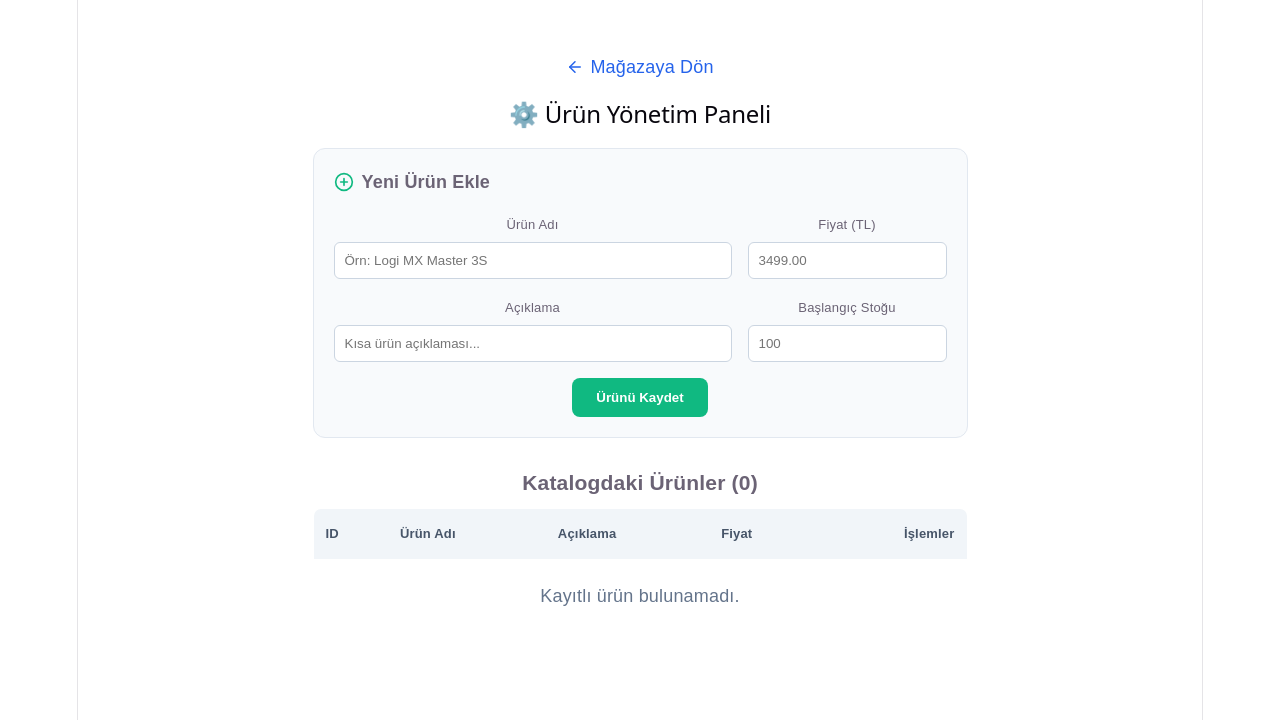
Repository: emir1958/EticaretMicroservice
Page: /admin/products (app in src/Clients/ecommerce-ui/)
An editor plug-in stored every save of this project. The page is shown before and after the next save, followed by the edit.
The browser window is 1280 px wide. The pictures show the whole page.
The page's requests for data from a server got no answer. The project was rebuilt for these pictures with package versions that can differ from the ones it lists, and the page was loaded fresh each time. No one was signed in, and anything a server would have sent is missing. Also part of the build but not shown: src/Clients/ecommerce-ui/vite.config.js, src/Clients/ecommerce-ui/src/pages/ProductList.jsx, src/Clients/ecommerce-ui/src/hooks/useOrderHub.js, src/Clients/ecommerce-ui/src/pages/Checkout.jsx, src/Clients/ecommerce-ui/src/pages/Auth.jsx, src/Clients/ecommerce-ui/src/components/ProtectedRoute.jsx.

Above is the page before, as saved 2026-09-15 10:26:18.

### src/Clients/ecommerce-ui/index.html
<!doctype html>
<html lang="en">
  <head>
    <meta charset="UTF-8" />
    <link rel="icon" type="image/svg+xml" href="/favicon.svg" />
    <meta name="viewport" content="width=device-width, initial-scale=1.0" />
    <title>ecommerce-ui</title>
  </head>
  <body>
    <div id="root"></div>
    <script type="module" src="/src/main.jsx"></script>
  </body>
</html>

### src/Clients/ecommerce-ui/src/index.css
:root {
  --text: #6b6375;
  --text-h: #08060d;
  --bg: #fff;
  --border: #e5e4e7;
  --code-bg: #f4f3ec;
  --accent: #aa3bff;
  --accent-bg: rgba(170, 59, 255, 0.1);
  --accent-border: rgba(170, 59, 255, 0.5);
  --social-bg: rgba(244, 243, 236, 0.5);
  --shadow:
    rgba(0, 0, 0, 0.1) 0 10px 15px -3px, rgba(0, 0, 0, 0.05) 0 4px 6px -2px;

  --sans: system-ui, 'Segoe UI', Roboto, sans-serif;
  --heading: system-ui, 'Segoe UI', Roboto, sans-serif;
  --mono: ui-monospace, Consolas, monospace;

  font: 18px/145% var(--sans);
  letter-spacing: 0.18px;
  color-scheme: light dark;
  color: var(--text);
  background: var(--bg);
  font-synthesis: none;
  text-rendering: optimizeLegibility;
  -webkit-font-smoothing: antialiased;
  -moz-osx-font-smoothing: grayscale;

  @media (max-width: 1024px) {
    font-size: 16px;
  }
}

@media (prefers-color-scheme: dark) {
  :root {
    --text: #9ca3af;
    --text-h: #f3f4f6;
    --bg: #16171d;
    --border: #2e303a;
    --code-bg: #1f2028;
    --accent: #c084fc;
    --accent-bg: rgba(192, 132, 252, 0.15);
    --accent-border: rgba(192, 132, 252, 0.5);
    --social-bg: rgba(47, 48, 58, 0.5);
    --shadow:
      rgba(0, 0, 0, 0.4) 0 10px 15px -3px, rgba(0, 0, 0, 0.25) 0 4px 6px -2px;
  }

  #social .button-icon {
    filter: invert(1) brightness(2);
  }
}

body {
  margin: 0;
}

#root {
  width: 1126px;
  max-width: 100%;
  margin: 0 auto;
  text-align: center;
  border-inline: 1px solid var(--border);
  min-height: 100svh;
  display: flex;
  flex-direction: column;
  box-sizing: border-box;
}

h1,
h2 {
  font-family: var(--heading);
  font-weight: 500;
  color: var(--text-h);
}

h1 {
  font-size: 56px;
  letter-spacing: -1.68px;
  margin: 32px 0;
  @media (max-width: 1024px) {
    font-size: 36px;
    margin: 20px 0;
  }
}
h2 {
  font-size: 24px;
  line-height: 118%;
  letter-spacing: -0.24px;
  margin: 0 0 8px;
  @media (max-width: 1024px) {
    font-size: 20px;
  }
}
p {
  margin: 0;
}

code,
.counter {
  font-family: var(--mono);
  display: inline-flex;
  border-radius: 4px;
  color: var(--text-h);
}

code {
  font-size: 15px;
  line-height: 135%;
  padding: 4px 8px;
  background: var(--code-bg);
}

### src/Clients/ecommerce-ui/src/App.jsx
import React from "react";
import { BrowserRouter, Routes, Route } from "react-router-dom";
import { AuthProvider } from "./context/AuthContext";
import { CartProvider } from "./context/CartContext";
import ProductList from "./pages/ProductList";
import Checkout from "./pages/Checkout";
import Auth from "./pages/Auth";
import AdminProduct from "./pages/AdminProduct";
import ProtectedRoute from "./components/ProtectedRoute";

export default function App() {
  return (
    <AuthProvider>
      <CartProvider>
        <BrowserRouter>
          <Routes>
            <Route path="/" element={<ProductList />} />
            <Route path="/auth" element={<Auth />} />
            <Route path="/admin/products" element={<AdminProduct />} />{" "}
            {/* 👈 Eklendi */}
            <Route
              path="/checkout"
              element={
                <ProtectedRoute>
                  <Checkout />
                </ProtectedRoute>
              }
            />
          </Routes>
        </BrowserRouter>
      </CartProvider>
    </AuthProvider>
  );
}

### src/Clients/ecommerce-ui/src/context/CartContext.jsx
import React, { createContext, useContext, useState, useEffect } from "react";

const CartContext = createContext();

export const CartProvider = ({ children }) => {
  const [cart, setCart] = useState(() => {
    const savedCart = localStorage.getItem("ecommerce_cart");
    return savedCart ? JSON.parse(savedCart) : [];
  });

  useEffect(() => {
    localStorage.setItem("ecommerce_cart", JSON.stringify(cart));
  }, [cart]);

  const addToCart = (product) => {
    setCart((prev) => {
      const existing = prev.find((item) => item.id === product.id);
      if (existing) {
        return prev.map((item) =>
          item.id === product.id
            ? { ...item, quantity: item.quantity + 1 }
            : item,
        );
      }
      return [...prev, { ...product, quantity: 1 }];
    });
  };

  const removeFromCart = (id) => {
    setCart((prev) => prev.filter((item) => item.id !== id));
  };

  const clearCart = () => {
    setCart([]);
  };

  const totalAmount = cart.reduce(
    (sum, item) => sum + item.price * item.quantity,
    0,
  );

  return (
    <CartContext.Provider
      value={{ cart, addToCart, removeFromCart, clearCart, totalAmount }}
    >
      {children}
    </CartContext.Provider>
  );
};

export const useCart = () => useContext(CartContext);

### src/Clients/ecommerce-ui/src/pages/AdminProduct.jsx
import React, { useState, useEffect } from "react";
import api from "../services/api";
import { Link } from "react-router-dom";
import { ArrowLeft, PlusCircle, Edit, Trash2, X, Check } from "lucide-react";

export default function AdminProduct() {
  const [products, setProducts] = useState([]);
  const [loading, setLoading] = useState(false);
  const [message, setMessage] = useState(null);
  const [error, setError] = useState(null);

  // Form State
  const [editingId, setEditingId] = useState(null);
  const [name, setName] = useState("");
  const [description, setDescription] = useState("");
  const [price, setPrice] = useState("");
  const [stock, setStock] = useState("");

  const fetchProducts = async () => {
    try {
      const res = await api.get("/api/Products");
      const list = Array.isArray(res.data) ? res.data : res.data?.data || [];
      setProducts(list);
    } catch (err) {
      console.error("Ürünler getirilemedi:", err);
    }
  };

  useEffect(() => {
    fetchProducts();
  }, []);

  const resetForm = () => {
    setEditingId(null);
    setName("");
    setDescription("");
    setPrice("");
    setStock("");
  };

  const handleEditClick = (p) => {
    setEditingId(p.id);
    setName(p.name);
    setDescription(p.description || "");
    setPrice(p.price);
    setStock(p.stock || 100);
    window.scrollTo({ top: 0, behavior: "smooth" });
  };

  const handleSubmit = async (e) => {
    e.preventDefault();
    setLoading(true);
    setMessage(null);
    setError(null);

    try {
      if (editingId) {
        // Güncelleme (PUT)
        await api.put(`/api/Products/${editingId}`, {
          name: name.trim(),
          description: description.trim(),
          price: parseFloat(price),
        });
        setMessage("Ürün başarıyla güncellendi.");
      } else {
        // Yeni Ekleme (POST)
        await api.post("/api/Products", {
          name: name.trim(),
          description: description.trim(),
          price: parseFloat(price),
          initialStock: parseInt(stock, 10) || 100,
        });
        setMessage("Yeni ürün başarıyla eklendi.");
      }
      resetForm();
      fetchProducts();
    } catch (err) {
      console.error("İşlem hatası:", err);
      setError(err.response?.data?.message || "İşlem gerçekleştirilemedi.");
    } finally {
      setLoading(false);
    }
  };

  const handleDelete = async (id) => {
    if (!window.confirm("Bu ürünü silmek istediğinize emin misiniz?")) return;

    try {
      await api.delete(`/api/Products/${id}`);
      setMessage("Ürün silindi.");
      fetchProducts();
    } catch (err) {
      console.error("Silme hatası:", err);
      setError(
        err.response?.data?.message || "Ürün silinirken bir hata oluştu.",
      );
    }
  };

  return (
    <div
      style={{
        maxWidth: "960px",
        margin: "30px auto",
        padding: "24px",
        fontFamily: "sans-serif",
      }}
    >
      <Link
        to="/"
        style={{
          display: "inline-flex",
          alignItems: "center",
          gap: "6px",
          textDecoration: "none",
          color: "#2563eb",
          marginBottom: "20px",
        }}
      >
        <ArrowLeft size={18} /> Mağazaya Dön
      </Link>

      <h2 style={{ margin: "0 0 20px 0" }}>⚙️ Ürün Yönetim Paneli</h2>

      {message && (
        <div
          style={{
            background: "#dcfce7",
            color: "#15803d",
            padding: "12px",
            borderRadius: "8px",
            marginBottom: "16px",
          }}
        >
          {message}
        </div>
      )}
      {error && (
        <div
          style={{
            background: "#fee2e2",
            color: "#b91c1c",
            padding: "12px",
            borderRadius: "8px",
            marginBottom: "16px",
          }}
        >
          {error}
        </div>
      )}

      {/* Form Alanı (Ekleme & Düzenleme) */}
      <div
        style={{
          background: "#f8fafc",
          border: "1px solid #e2e8f0",
          borderRadius: "12px",
          padding: "20px",
          marginBottom: "32px",
        }}
      >
        <div
          style={{
            display: "flex",
            justifyContent: "space-between",
            alignItems: "center",
            marginBottom: "16px",
          }}
        >
          <h3
            style={{
              margin: 0,
              display: "flex",
              alignItems: "center",
              gap: "8px",
              fontSize: "18px",
            }}
          >
            {editingId ? (
              <Edit size={20} color="#2563eb" />
            ) : (
              <PlusCircle size={20} color="#10b981" />
            )}
            {editingId ? "Ürünü Düzenle" : "Yeni Ürün Ekle"}
          </h3>
          {editingId && (
            <button
              onClick={resetForm}
              style={{
                display: "flex",
                alignItems: "center",
                gap: "4px",
                border: "none",
                background: "transparent",
                color: "#64748b",
                cursor: "pointer",
                fontSize: "13px",
              }}
            >
              <X size={16} /> Düzenlemeyi İptal Et
            </button>
          )}
        </div>

        <form
          onSubmit={handleSubmit}
          style={{
            display: "grid",
            gridTemplateColumns: "2fr 1fr",
            gap: "16px",
          }}
        >
          <div>
            <label
              style={{
                display: "block",
                fontSize: "13px",
                fontWeight: "500",
                marginBottom: "4px",
              }}
            >
              Ürün Adı
            </label>
            <input
              type="text"
              required
              value={name}
              onChange={(e) => setName(e.target.value)}
              placeholder="Örn: Logi MX Master 3S"
              style={{
                width: "100%",
                padding: "10px",
                borderRadius: "6px",
                border: "1px solid #cbd5e1",
                boxSizing: "border-box",
              }}
            />
          </div>

          <div>
            <label
              style={{
                display: "block",
                fontSize: "13px",
                fontWeight: "500",
                marginBottom: "4px",
              }}
            >
              Fiyat (TL)
            </label>
            <input
              type="number"
              step="0.01"
              required
              value={price}
              onChange={(e) => setPrice(e.target.value)}
              placeholder="3499.00"
              style={{
                width: "100%",
                padding: "10px",
                borderRadius: "6px",
                border: "1px solid #cbd5e1",
                boxSizing: "border-box",
              }}
            />
          </div>

          <div style={{ gridColumn: editingId ? "span 2" : "span 1" }}>
            <label
              style={{
                display: "block",
                fontSize: "13px",
                fontWeight: "500",
                marginBottom: "4px",
              }}
            >
              Açıklama
            </label>
            <input
              type="text"
              value={description}
              onChange={(e) => setDescription(e.target.value)}
              placeholder="Kısa ürün açıklaması..."
              style={{
                width: "100%",
                padding: "10px",
                borderRadius: "6px",
                border: "1px solid #cbd5e1",
                boxSizing: "border-box",
              }}
            />
          </div>

          {!editingId && (
            <div>
              <label
                style={{
                  display: "block",
                  fontSize: "13px",
                  fontWeight: "500",
                  marginBottom: "4px",
                }}
              >
                Başlangıç Stoğu
              </label>
              <input
                type="number"
                required
                value={stock}
                onChange={(e) => setStock(e.target.value)}
                placeholder="100"
                style={{
                  width: "100%",
                  padding: "10px",
                  borderRadius: "6px",
                  border: "1px solid #cbd5e1",
                  boxSizing: "border-box",
                }}
              />
            </div>
          )}

          <div style={{ gridColumn: "span 2" }}>
            <button
              type="submit"
              disabled={loading}
              style={{
                background: editingId ? "#2563eb" : "#10b981",
                color: "#fff",
                border: "none",
                padding: "12px 24px",
                borderRadius: "8px",
                fontWeight: "bold",
                cursor: loading ? "not-allowed" : "pointer",
              }}
            >
              {loading
                ? "İşleniyor..."
                : editingId
                  ? "Değişiklikleri Kaydet"
                  : "Ürünü Kaydet"}
            </button>
          </div>
        </form>
      </div>

      {/* Ürün Listesi Tablosu */}
      <h3 style={{ marginBottom: "12px" }}>
        Katalogdaki Ürünler ({products.length})
      </h3>
      <table
        style={{
          width: "100%",
          borderCollapse: "collapse",
          background: "#fff",
          border: "1px solid #e2e8f0",
          borderRadius: "8px",
          overflow: "hidden",
        }}
      >
        <thead>
          <tr
            style={{
              background: "#f1f5f9",
              textAlign: "left",
              fontSize: "13px",
              color: "#475569",
            }}
          >
            <th style={{ padding: "12px" }}>ID</th>
            <th style={{ padding: "12px" }}>Ürün Adı</th>
            <th style={{ padding: "12px" }}>Açıklama</th>
            <th style={{ padding: "12px" }}>Fiyat</th>
            <th style={{ padding: "12px", textAlign: "right" }}>İşlemler</th>
          </tr>
        </thead>
        <tbody>
          {products.length === 0 ? (
            <tr>
              <td
                colSpan={5}
                style={{
                  padding: "24px",
                  textAlign: "center",
                  color: "#64748b",
                }}
              >
                Kayıtlı ürün bulunamadı.
              </td>
            </tr>
          ) : (
            products.map((p) => (
              <tr
                key={p.id}
                style={{ borderBottom: "1px solid #f1f5f9", fontSize: "14px" }}
              >
                <td
                  style={{
                    padding: "12px",
                    fontFamily: "monospace",
                    fontSize: "12px",
                    color: "#64748b",
                  }}
                >
                  {p.id?.substring(0, 8)}...
                </td>
                <td style={{ padding: "12px", fontWeight: "600" }}>{p.name}</td>
                <td style={{ padding: "12px", color: "#64748b" }}>
                  {p.description || "-"}
                </td>
                <td
                  style={{
                    padding: "12px",
                    fontWeight: "bold",
                    color: "#0f766e",
                  }}
                >
                  {p.price} TL
                </td>
                <td style={{ padding: "12px", textAlign: "right" }}>
                  <button
                    onClick={() => handleEditClick(p)}
                    style={{
                      background: "#e0f2fe",
                      color: "#0369a1",
                      border: "none",
                      padding: "6px 10px",
                      borderRadius: "6px",
                      cursor: "pointer",
                      marginRight: "8px",
                    }}
                  >
                    <Edit size={14} /> Düzenle
                  </button>
                  <button
                    onClick={() => handleDelete(p.id)}
                    style={{
                      background: "#fee2e2",
                      color: "#b91c1c",
                      border: "none",
                      padding: "6px 10px",
                      borderRadius: "6px",
                      cursor: "pointer",
                    }}
                  >
                    <Trash2 size={14} /> Sil
                  </button>
                </td>
              </tr>
            ))
          )}
        </tbody>
      </table>
    </div>
  );
}

Loaded but not shown: src/Clients/ecommerce-ui/src/main.jsx (common file); src/Clients/ecommerce-ui/src/services/api.js (19 lines, source omitted); src/Clients/ecommerce-ui/src/context/AuthContext.jsx (117 lines, source omitted)

After the next save:
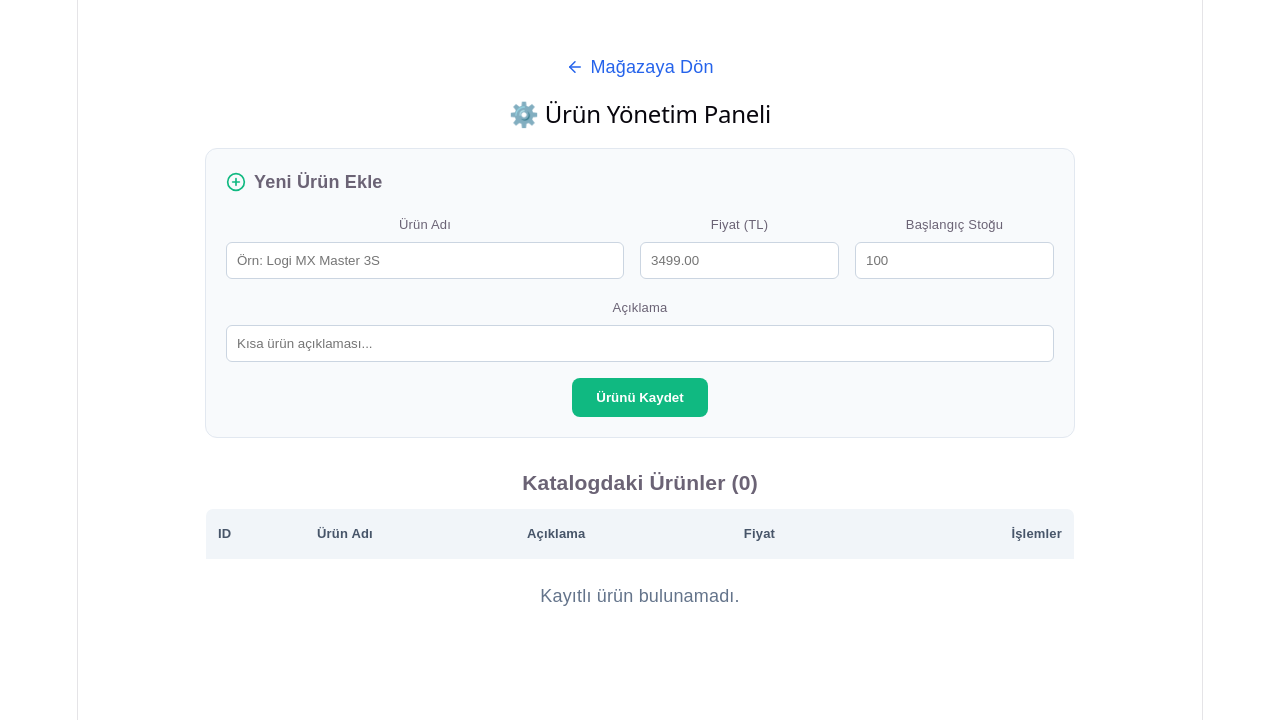
Saved 23 min 18 s later.
--- a/src/Clients/ecommerce-ui/src/pages/AdminProduct.jsx
+++ b/src/Clients/ecommerce-ui/src/pages/AdminProduct.jsx
@@ -1,7 +1,7 @@
 import React, { useState, useEffect } from "react";
 import api from "../services/api";
 import { Link } from "react-router-dom";
-import { ArrowLeft, PlusCircle, Edit, Trash2, X, Check } from "lucide-react";
+import { ArrowLeft, PlusCircle, Edit, Trash2, X } from "lucide-react";
 
 export default function AdminProduct() {
   const [products, setProducts] = useState([]);
@@ -43,7 +43,7 @@ export default function AdminProduct() {
     setName(p.name);
     setDescription(p.description || "");
     setPrice(p.price);
-    setStock(p.stock || 100);
+    setStock(p.stock ?? p.availableStock ?? 100);
     window.scrollTo({ top: 0, behavior: "smooth" });
   };
 
@@ -55,15 +55,16 @@ export default function AdminProduct() {
 
     try {
       if (editingId) {
-        // Güncelleme (PUT)
+        // 🟢 Güncelleme (PUT): Stok bilgisi de Catalog API üzerinden Stock API'ye gider
         await api.put(`/api/Products/${editingId}`, {
           name: name.trim(),
           description: description.trim(),
           price: parseFloat(price),
+          stock: parseInt(stock, 10) || 0,
         });
-        setMessage("Ürün başarıyla güncellendi.");
+        setMessage("Ürün ve stok miktarı başarıyla güncellendi.");
       } else {
-        // Yeni Ekleme (POST)
+        // 🟢 Yeni Ekleme (POST)
         await api.post("/api/Products", {
           name: name.trim(),
           description: description.trim(),
@@ -149,7 +150,7 @@ export default function AdminProduct() {
         </div>
       )}
 
-      {/* Form Alanı (Ekleme & Düzenleme) */}
+      {/* Form Alanı */}
       <div
         style={{
           background: "#f8fafc",
@@ -206,7 +207,7 @@ export default function AdminProduct() {
           onSubmit={handleSubmit}
           style={{
             display: "grid",
-            gridTemplateColumns: "2fr 1fr",
+            gridTemplateColumns: "2fr 1fr 1fr",
             gap: "16px",
           }}
         >
@@ -265,7 +266,34 @@ export default function AdminProduct() {
             />
           </div>
 
-          <div style={{ gridColumn: editingId ? "span 2" : "span 1" }}>
+          <div>
+            <label
+              style={{
+                display: "block",
+                fontSize: "13px",
+                fontWeight: "500",
+                marginBottom: "4px",
+              }}
+            >
+              {editingId ? "Güncel Stok" : "Başlangıç Stoğu"}
+            </label>
+            <input
+              type="number"
+              required
+              value={stock}
+              onChange={(e) => setStock(e.target.value)}
+              placeholder="100"
+              style={{
+                width: "100%",
+                padding: "10px",
+                borderRadius: "6px",
+                border: "1px solid #cbd5e1",
+                boxSizing: "border-box",
+              }}
+            />
+          </div>
+
+          <div style={{ gridColumn: "span 3" }}>
             <label
               style={{
                 display: "block",
@@ -291,36 +319,7 @@ export default function AdminProduct() {
             />
           </div>
 
-          {!editingId && (
-            <div>
-              <label
-                style={{
-                  display: "block",
-                  fontSize: "13px",
-                  fontWeight: "500",
-                  marginBottom: "4px",
-                }}
-              >
-                Başlangıç Stoğu
-              </label>
-              <input
-                type="number"
-                required
-                value={stock}
-                onChange={(e) => setStock(e.target.value)}
-                placeholder="100"
-                style={{
-                  width: "100%",
-                  padding: "10px",
-                  borderRadius: "6px",
-                  border: "1px solid #cbd5e1",
-                  boxSizing: "border-box",
-                }}
-              />
-            </div>
-          )}
-
-          <div style={{ gridColumn: "span 2" }}>
+          <div style={{ gridColumn: "span 3" }}>
             <button
               type="submit"
               disabled={loading}
@@ -344,7 +343,7 @@ export default function AdminProduct() {
         </form>
       </div>
 
-      {/* Ürün Listesi Tablosu */}
+      {/* Ürün Listesi */}
       <h3 style={{ marginBottom: "12px" }}>
         Katalogdaki Ürünler ({products.length})
       </h3>
